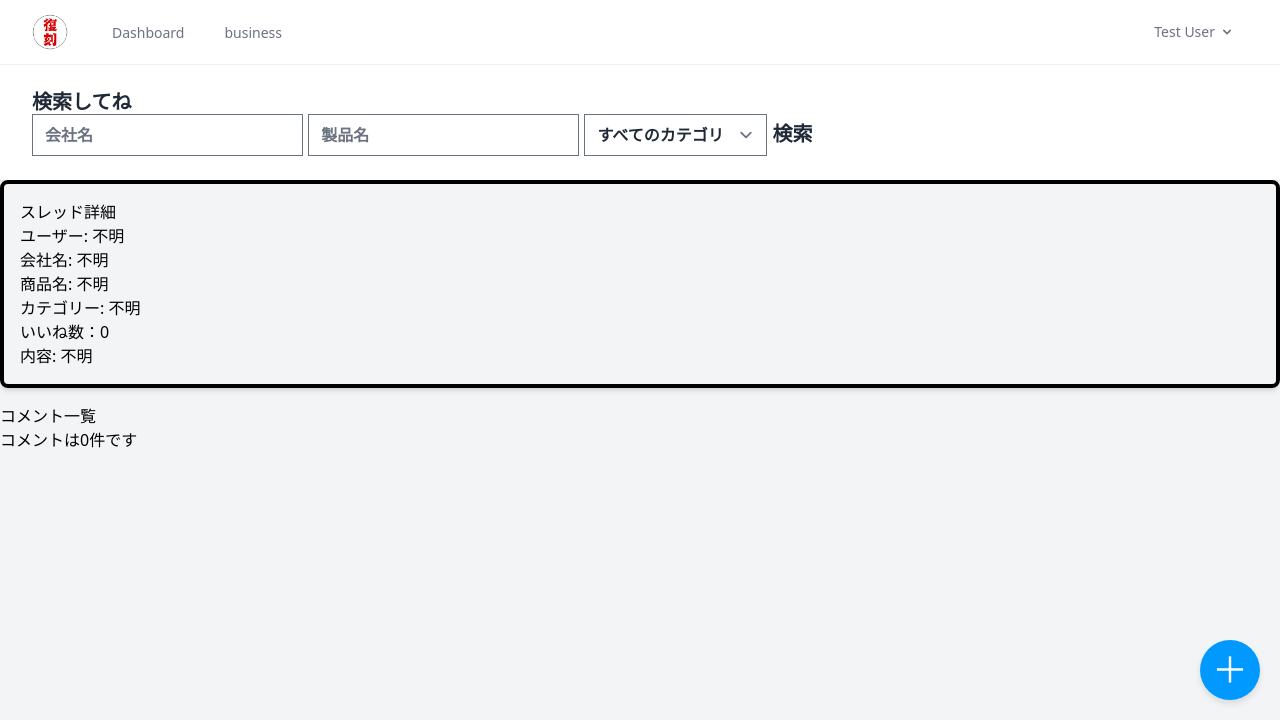
Repository: kyoko-shiraishi/Reproduce
Page: resources/views/please/post.blade.php
The author's editor kept a copy of each file at every save. The page is drawn from the files as they stood at one save, then again after the next save.
The browser window is 1280 px wide. The pictures show the whole page.
Some web libraries are served in a nearby version. The page is served by the project's Laravel application, run on PHP 8.4 with Laravel 12. A made-up administrator, Test User (test@example.com), is signed in. Style sheets and scripts are compiled from the project's sources, by tool versions that may differ from the author's. The template is opened directly, without the code that normally fills it, so the values that code supplies are empty.

Above is the page before, as saved 2024-10-24 18:36:23.

After the next save:
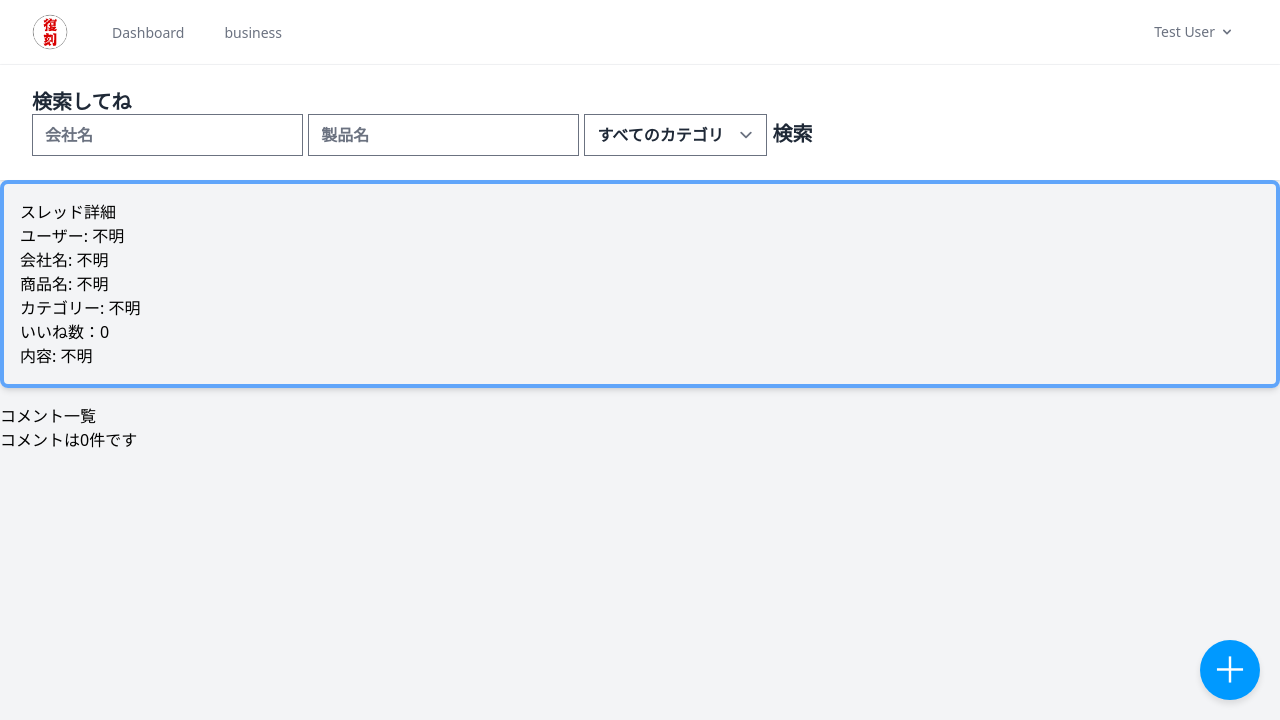
Saved 35 s later.
--- a/resources/views/please/post.blade.php
+++ b/resources/views/please/post.blade.php
@@ -21,7 +21,7 @@
         </h2>
     </x-slot>
 <!-- コメント対象のスレッド -->
-<div class="thread-details border-4 border-black rounded-lg p-4 shadow-md mb-4">
+<div class="thread-details border-4 border-blue-400 rounded-lg p-4 shadow-md mb-4">
     <h2>スレッド詳細</h2>
     <p>ユーザー: {{ $thread->user->name ?? '不明' }}</p>
     <p>会社名: {{ $thread->company->name ?? '不明' }}</p>
